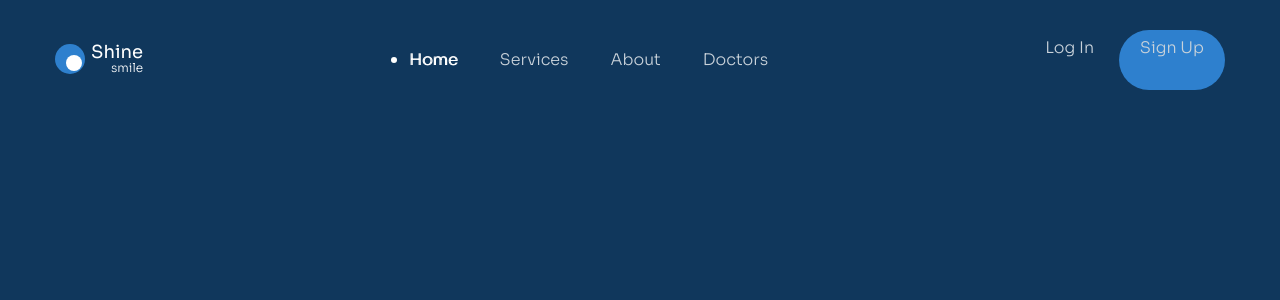
Repository: Tran-Dat/F8_Project_03
Page: index.html
The author's editor kept a copy of each file at every save. The page is drawn from the files as they stood at one save, then again after the next save.
The browser window is 1280 px wide. The pictures show the whole page.

Above is the page before, as saved 2023-04-03 09:57:09.

### index.html
<!DOCTYPE html>
<html lang="en">
    <head>
        <meta charset="UTF-8" />
        <meta http-equiv="X-UA-Compatible" content="IE=edge" />
        <meta name="viewport" content="width=device-width, initial-scale=1.0" />
        <title>shine smile</title>

        <!-- Favicon -->
        <link rel="apple-touch-icon" sizes="57x57" href="./assets/favicon/" />
        <link
            rel="apple-touch-icon"
            sizes="60x60"
            href="./assets/favicon/apple-icon-60x60.png"
        />
        <link
            rel="apple-touch-icon"
            sizes="72x72"
            href="./assets/favicon/apple-icon-72x72.png"
        />
        <link
            rel="apple-touch-icon"
            sizes="76x76"
            href="./assets/favicon/apple-icon-76x76.png"
        />
        <link
            rel="apple-touch-icon"
            sizes="114x114"
            href="./assets/favicon/apple-icon-114x114.png"
        />
        <link
            rel="apple-touch-icon"
            sizes="120x120"
            href="./assets/favicon/apple-icon-120x120.png"
        />
        <link
            rel="apple-touch-icon"
            sizes="144x144"
            href="./assets/favicon/apple-icon-144x144.png"
        />
        <link
            rel="apple-touch-icon"
            sizes="152x152"
            href="./assets/favicon/apple-icon-152x152.png"
        />
        <link
            rel="apple-touch-icon"
            sizes="180x180"
            href="./assets/favicon/apple-icon-180x180.png"
        />
        <link
            rel="icon"
            type="image/png"
            sizes="192x192"
            href="./assets/favicon/android-icon-192x192.png"
        />
        <link
            rel="icon"
            type="image/png"
            sizes="32x32"
            href="./assets/favicon/favicon-32x32.png"
        />
        <link
            rel="icon"
            type="image/png"
            sizes="96x96"
            href="./assets/favicon/favicon-96x96.png"
        />
        <link
            rel="icon"
            type="image/png"
            sizes="16x16"
            href="./assets/favicon/favicon-16x16.png"
        />
        <link rel="manifest" href="./assets/favicon/manifest.json" />
        <meta name="msapplication-TileColor" content="#ffffff" />
        <meta
            name="msapplication-TileImage"
            content="./assets/favicon/ms-icon-144x144.png"
        />
        <meta name="theme-color" content="#ffffff" />

        <!-- Emmet Fonts -->
        <link rel="preconnect" href="https://fonts.googleapis.com" />
        <link rel="preconnect" href="https://fonts.gstatic.com" crossorigin />
        <link
            href="https://fonts.googleapis.com/css2?family=Sora:wght@300;400;500;600;700;800&display=swap"
            rel="stylesheet"
        />

        <!-- Reset Css -->
        <link rel="stylesheet" href="./assets/css/reset.css" />
        <link rel="stylesheet" href="./assets/css/style.css" />
    </head>
    <body>
        <header class="header">
            <div class="container">
                <div class="header-top">
                    <!-- Logo -->
                    <a href="/">
                        <div class="logo">
                            <span class="logo__circle"> </span>
                            <span class="logo__text">
                                <span class="logo__brand">Shine</span>
                                <span class="logo__brand logo__brand--small">
                                    smile
                                </span>
                            </span>
                        </div>
                    </a>

                    <!-- NavBar -->
                    <nav class="navbar">
                        <ul class="navbar__list">
                            <li class="navbar__item">
                                <a
                                    href="#!"
                                    class="navbar__link navbar__item--active"
                                >
                                    Home
                                </a>
                            </li>
                            <li class="navbar__item">
                                <a href="#!" class="navbar__link">Services</a>
                            </li>
                            <li class="navbar__item">
                                <a href="#!" class="navbar__link">About</a>
                            </li>
                            <li class="navbar__item">
                                <a href="#!" class="navbar__link">Doctors</a>
                            </li>
                        </ul>
                    </nav>

                    <!-- Action -->
                    <div class="action">
                        <a href="" class="action__btn">Log In</a>
                        <a href="" class="btn action__btn">Sign Up</a>
                    </div>
                </div>
            </div>
        </header>
    </body>
</html>

### assets/css/style.css
* {
    box-sizing: border-box;
}

:root {
    --header-bg: #10375c;
}

html {
    font-size: 62.5%;
}

body {
    font-size: 1.6rem;
    font-family: "Sora", sans-serif;
}

/* ================================================================ Common ================================================================ */

.btn {
    display: inline-block;
    padding: 0 20px;
    height: 60px;
    line-height: 52px;
    border-radius: 99px;
    line-height: 52px;
    color: #fff;
    background: #2e80ce;
}

a {
    text-decoration: none;
}

.container {
    width: 1170px;
    max-width: calc(100% - 48px);
    margin: 0 auto;
}

/* ================================================================ Header ================================================================ */

.header {
    min-height: 100vh;
    background: var(--header-bg);
    padding-top: 30px;
}

.header-top {
    display: flex;
    justify-content: space-between;
    align-items: center;
}

.logo {
    display: inline-flex;
    position: relative;
    font-size: 1rem;
}

.logo__circle::before,
.logo__circle::after {
    content: "";
    display: inline-block;
    border-radius: 50%;
}

.logo__circle::before {
    width: 3em;
    height: 3em;
    background: #2e80ce;
}

.logo__circle::after {
    position: absolute;
    top: 1.1em;
    left: 1.1em;
    width: 1.6em;
    height: 1.6em;
    background: #fff;
}

.logo__text {
    margin-left: 0.6em;
    text-align: right;
    line-height: 1.6em;
}

.logo__brand {
    display: block;
    font-size: 1.8em;
    font-weight: 400;
    color: #fff;
}

.logo__brand--small {
    font-size: 1.2em;
    font-weight: 300;
}

.navbar__list {
    display: flex;
}

.action__btn,
.navbar__link {
    padding: 4px 21px;
    font-weight: 300;
    font-size: 1.6rem;
    line-height: 1.75;
    color: #c9d2da;
}

.navbar__link:hover,
.navbar__item--active {
    text-shadow: 1px 0 0 currentColor;
    color: #fff;
}

.navbar__item--active::before {
    position: relative;
    left: -8px;
    top: -2px;
    content: "";
    display: inline-block;
    width: 6px;
    height: 6px;
    border-radius: 50%;
    background-color: #fff;
}

Loaded but not shown: assets/css/reset.css (common file)

After the next save:
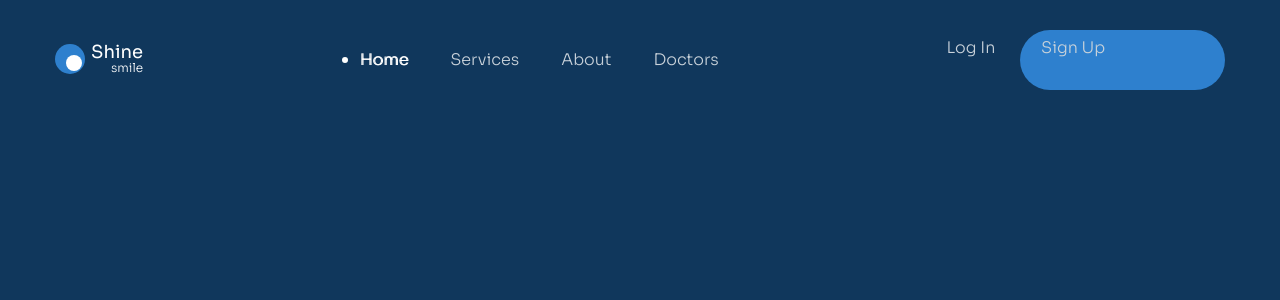
Saved 73 s later.
--- a/assets/css/style.css
+++ b/assets/css/style.css
@@ -19,6 +19,7 @@ body {
 
 .btn {
     display: inline-block;
+    min-width: 205px;
     padding: 0 20px;
     height: 60px;
     line-height: 52px;
